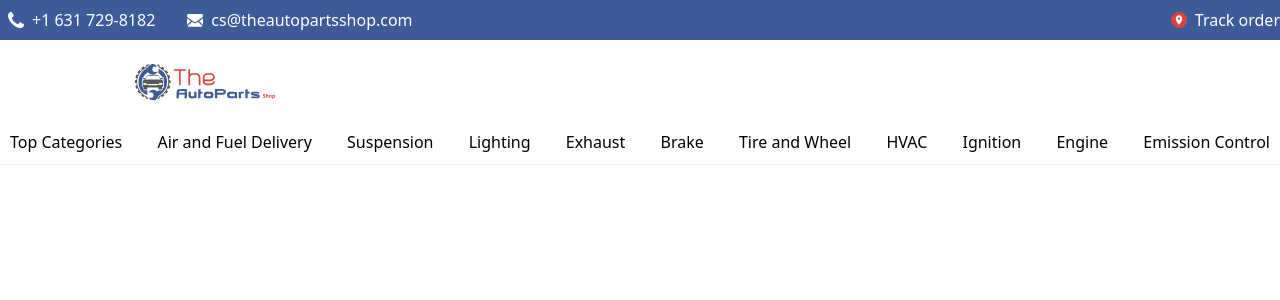
Repository: robindhimanspineor/TAPS-Next
Page: /
An editor plug-in stored every save of this project. The page is shown before and after the next save, followed by the edit.
The browser window is 1280 px wide. The pictures show the whole page.
The project was rebuilt for these pictures with package versions that can differ from the ones it lists, and the page was loaded fresh each time. The framework's server and built-in components were replaced by stand-ins that run in the browser. Also part of the build but not shown: next.config.js.

Above is the page before, as saved 2021-09-16 17:11:04.

### src/pages/index.tsx
// import { useRouter } from 'next/router';

// import { Meta } from '../layout/Meta';
// import { Main } from '../templates/Main';
import Header from '../components/common/header';

const Index = () => {
  // const router = useRouter();

  return (
    // <Main
    //   meta={
    //     <Meta
    //       title="Next.js Boilerplate Presentation"
    //       description="Next js Boilerplate is the perfect starter code for your project. Build your React application with the Next.js framework."
    //     />
    //   }
    // >
    // </Main>
    <div>
      <main className="main-container block">
        <Header />
      </main>
    </div>
  );
};

export default Index;

### src/styles/main.css
@tailwind base;
a {
  @apply text-blue-700;
}

a:hover {
  @apply border-b-2 border-blue-700;
}

@tailwind components;
@tailwind utilities;
.content p {
  @apply my-6;
}

.content ul {
  @apply my-6;
}

a {
  text-decoration: none;
  color: black;
}

.main-header {
  display: flex;
  flex-direction: row;
  flex-wrap: nowrap;
  align-content: flex-start;
  align-items: center;
  height: 80px;
  max-width: 1580px;
  flex-grow: 1;
  width: 100%;
  padding: 0 125px 0 115px;
}

.logo {
  flex-basis: 260px;
  display: flex;
  align-items: center;
  justify-content: flex-start;
  padding-left: 20px;
}

.logo a {
  display: inline-block;
}

.logo a span {
  display: block;
  margin-top: 5px;
  width: 140px;
}

### src/components/common/header/index.tsx
import TopHeader from './top-header';
import MainHeader from './main-header';
import CategoriesHeader from './categories-header';

const Header = () => {
  return (
    <header className="flex flex-col items-center justify-center w-full static border-b z-50">
      <TopHeader />
      <MainHeader />
      <CategoriesHeader />
    </header>
  );
};

export default Header;

### src/components/common/header/top-header.tsx
import PhoneHandle from '../../../svg/PhoneHandleSvg.js';
import MailBoxSvg from '../../../svg/MailBoxSvg.js';
import TrackOrderSvg from '../../../svg/TrackOrderSvg.js';

import topHeaderStyles from '../../../styles/top-header.module.css';
const TopHeader = () => {
  return (
    <div className={`${topHeaderStyles.bgBlue} head-top py-2 w-full text-base`}>
      <div className="w-screen max-w-screen-xl flex justify-between mx-auto">
        <div className="head-top-left flex text-white font-medium pl-2">
          <div className="head-top-phone flex items-center text-white w-auto">
            <div
              className="text-white h-6 w-6 flex items-center pr-2"
              style={{ fill: '#fff' }}
            >
              <PhoneHandle />
            </div>
            <p>+1 631 729-8182</p>
          </div>
          <div className="heap-top-email flex items-center text-white w-auto ml-8">
            <div
              className="text-white h-6 w-6 flex items-center pr-2"
              style={{ fill: '#fff' }}
            >
              <MailBoxSvg />
            </div>
            <p>cs@theautopartsshop.com</p>
          </div>
        </div>
        <div className="head-top-right text-white font-medium">
          <div
            className="head-top-track-order flex items-center text-white w-auto cursor-pointer"
            onClick={() => console.log('track order')}
          >
            <div
              className="text-white h-6 w-6 flex items-center pr-2 "
              style={{ fill: '#fff' }}
            >
              <TrackOrderSvg />
            </div>
            <p>Track order</p>
          </div>
        </div>
      </div>
    </div>
  );
};
export default TopHeader;

### src/components/common/header/main-header.tsx
import Logo from './logo';

const MainHeader = () => {
  return (
    <div className="main-header">
      <Logo />
      <div className="searchbar"></div>
      <div className="cart-button"></div>
    </div>
  );
};

export default MainHeader;

### src/components/common/header/categories-header.tsx
import Link from 'next/link';
const CategoriesHeader = () => {
  return (
    <div className="header-categories w-screen max-w-screen-xl flex justify-between ">
      <Link href="/">
        <a className="m-2.5 text-black">Top Categories</a>
      </Link>
      <Link href="/air-and-fuel-delivery">
        <a className="m-2.5 text-black">Air and Fuel Delivery</a>
      </Link>
      <Link href="/suspension">
        <a className="m-2.5 text-black">Suspension</a>
      </Link>
      <Link href="/electrical-lighting-and-body">
        <a className="m-2.5 text-black">Lighting</a>
      </Link>
      <Link href="/exhaust">
        <a className="m-2.5 text-black">Exhaust</a>
      </Link>
      <Link href="/brake">
        <a className="m-2.5 text-black">Brake</a>
      </Link>
      <Link href="/tire-and-wheel">
        <a className="m-2.5 text-black">Tire and Wheel</a>
      </Link>
      <Link href="/hvac">
        <a className="m-2.5 text-black">HVAC</a>
      </Link>
      <Link href="/ignition">
        <a className="m-2.5 text-black">Ignition</a>
      </Link>
      <Link href="/engine">
        <a className="m-2.5 text-black">Engine</a>
      </Link>
      <Link href="/emission-control">
        <a className="m-2.5 text-black">Emission Control</a>
      </Link>
    </div>
  );
};

export default CategoriesHeader;

### src/svg/PhoneHandleSvg.js
import React from 'react';

const PhoneHandle = () => (
  <svg
    version="1.1"
    xmlns="http://www.w3.org/2000/svg"
    xmlnsXlink="http://www.w3.org/1999/xlink"
    x="0px"
    y="0px"
    width="401.998px"
    height="401.998px"
    viewBox="0 0 401.998 401.998"
    style={{ enableBackground: 'new 0 0 401.998 401.998' }}
    xmlSpace="preserve"
    aria-label="phone handle svg"
  >
    <g>
      <path
        d="M401.129,311.475c-1.137-3.426-8.371-8.473-21.697-15.129c-3.61-2.098-8.754-4.949-15.41-8.566
		c-6.662-3.617-12.709-6.95-18.13-9.996c-5.432-3.045-10.521-5.995-15.276-8.846c-0.76-0.571-3.139-2.234-7.136-5
		c-4.001-2.758-7.375-4.805-10.14-6.14c-2.759-1.327-5.473-1.995-8.138-1.995c-3.806,0-8.56,2.714-14.268,8.135
		c-5.708,5.428-10.944,11.324-15.7,17.706c-4.757,6.379-9.802,12.275-15.126,17.7c-5.332,5.427-9.713,8.138-13.135,8.138
		c-1.718,0-3.86-0.479-6.427-1.424c-2.566-0.951-4.518-1.766-5.858-2.423c-1.328-0.671-3.607-1.999-6.845-4.004
		c-3.244-1.999-5.048-3.094-5.428-3.285c-26.075-14.469-48.438-31.029-67.093-49.676c-18.649-18.658-35.211-41.019-49.676-67.097
		c-0.19-0.381-1.287-2.19-3.284-5.424c-2-3.237-3.333-5.518-3.999-6.854c-0.666-1.331-1.475-3.283-2.425-5.852
		s-1.427-4.709-1.427-6.424c0-3.424,2.713-7.804,8.138-13.134c5.424-5.327,11.326-10.373,17.7-15.128
		c6.379-4.755,12.275-9.991,17.701-15.699c5.424-5.711,8.136-10.467,8.136-14.273c0-2.663-0.666-5.378-1.997-8.137
		c-1.332-2.765-3.378-6.139-6.139-10.138c-2.762-3.997-4.427-6.374-4.999-7.139c-2.852-4.755-5.799-9.846-8.848-15.271
		c-3.049-5.424-6.377-11.47-9.995-18.131c-3.615-6.658-6.468-11.799-8.564-15.415C98.986,9.233,93.943,1.997,90.516,0.859
		C89.183,0.288,87.183,0,84.521,0c-5.142,0-11.85,0.95-20.129,2.856c-8.282,1.903-14.799,3.899-19.558,5.996
		c-9.517,3.995-19.604,15.605-30.264,34.826C4.863,61.566,0.01,79.271,0.01,96.78c0,5.135,0.333,10.131,0.999,14.989
		c0.666,4.853,1.856,10.326,3.571,16.418c1.712,6.09,3.093,10.614,4.137,13.56c1.045,2.948,2.996,8.229,5.852,15.845
		c2.852,7.614,4.567,12.275,5.138,13.988c6.661,18.654,14.56,35.307,23.695,49.964c15.03,24.362,35.541,49.539,61.521,75.521
		c25.981,25.98,51.153,46.49,75.517,61.526c14.655,9.134,31.314,17.032,49.965,23.698c1.714,0.568,6.375,2.279,13.986,5.141
		c7.614,2.854,12.897,4.805,15.845,5.852c2.949,1.048,7.474,2.43,13.559,4.145c6.098,1.715,11.566,2.905,16.419,3.576
		c4.856,0.657,9.853,0.996,14.989,0.996c17.508,0,35.214-4.856,53.105-14.562c19.219-10.656,30.826-20.745,34.823-30.269
		c2.102-4.754,4.093-11.273,5.996-19.555c1.909-8.278,2.857-14.985,2.857-20.126C401.99,314.814,401.703,312.819,401.129,311.475z"
      />
    </g>
    <g />
    <g />
    <g />
    <g />
    <g />
    <g />
    <g />
    <g />
    <g />
    <g />
    <g />
    <g />
    <g />
    <g />
    <g />
  </svg>
);

export default PhoneHandle;

### src/svg/MailBoxSvg.js
import React from 'react';

const MailBoxSvg = () => (
  <svg
    version="1.1"
    xmlns="http://www.w3.org/2000/svg"
    xmlnsXlink="http://www.w3.org/1999/xlink"
    x="0px"
    y="0px"
    width="550.795px"
    height="550.795px"
    viewBox="0 0 550.795 550.795"
    style={{ enableBackground: 'new 0 0 550.795 550.795' }}
    xmlSpace="preserve"
    aria-label="mail box"
  >
    <g>
      <g>
        <path
          d="M501.613,491.782c12.381,0,23.109-4.088,32.229-12.16L377.793,323.567c-3.744,2.681-7.373,5.288-10.801,7.767
			c-11.678,8.604-21.156,15.318-28.434,20.129c-7.277,4.822-16.959,9.737-29.045,14.755c-12.094,5.024-23.361,7.528-33.813,7.528
			h-0.306h-0.306c-10.453,0-21.72-2.503-33.813-7.528c-12.093-5.018-21.775-9.933-29.045-14.755
			c-7.277-4.811-16.75-11.524-28.434-20.129c-3.256-2.387-6.867-5.006-10.771-7.809L16.946,479.622
			c9.119,8.072,19.854,12.16,32.234,12.16H501.613z"
        />
        <path
          d="M31.047,225.299C19.37,217.514,9.015,208.598,0,198.555V435.98l137.541-137.541
			C110.025,279.229,74.572,254.877,31.047,225.299z"
        />
        <path
          d="M520.059,225.299c-41.865,28.336-77.447,52.73-106.75,73.195l137.486,137.492V198.555
			C541.98,208.396,531.736,217.306,520.059,225.299z"
        />
        <path
          d="M501.613,59.013H49.181c-15.784,0-27.919,5.33-36.42,15.979C4.253,85.646,0.006,98.97,0.006,114.949
			c0,12.907,5.636,26.892,16.903,41.959c11.267,15.061,23.256,26.891,35.961,35.496c6.965,4.921,27.969,19.523,63.012,43.801
			c18.917,13.109,35.368,24.535,49.505,34.395c12.05,8.396,22.442,15.667,31.022,21.701c0.985,0.691,2.534,1.799,4.59,3.269
			c2.215,1.591,5.018,3.61,8.476,6.107c6.659,4.816,12.191,8.709,16.597,11.683c4.4,2.975,9.731,6.298,15.985,9.988
			c6.249,3.685,12.143,6.456,17.675,8.299c5.533,1.842,10.655,2.766,15.367,2.766h0.306h0.306c4.711,0,9.834-0.924,15.368-2.766
			c5.531-1.843,11.42-4.608,17.674-8.299c6.248-3.69,11.572-7.02,15.986-9.988c4.406-2.974,9.938-6.866,16.598-11.683
			c3.451-2.497,6.254-4.517,8.469-6.102c2.057-1.476,3.605-2.577,4.596-3.274c6.684-4.651,17.1-11.892,31.104-21.616
			c25.482-17.705,63.01-43.764,112.742-78.281c14.957-10.447,27.453-23.054,37.496-37.803c10.025-14.749,15.051-30.22,15.051-46.408
			c0-13.525-4.873-25.098-14.598-34.737C526.461,63.829,514.932,59.013,501.613,59.013z"
        />
      </g>
    </g>
    <g />
    <g />
    <g />
    <g />
    <g />
    <g />
    <g />
    <g />
    <g />
    <g />
    <g />
    <g />
    <g />
    <g />
    <g />
  </svg>
);

export default MailBoxSvg;

### src/svg/TrackOrderSvg.js
import React from 'react';

const TrackOrderSvg = () => (
    <svg xmlns="http://www.w3.org/2000/svg"
        version="1.1"
        id="Layer_1"
        x="0px"
        y="0px"
        viewBox="0 0 28 28"
        style={{ enableBackground: "new 0 0 28 28" }}>

        <circle id="Ellipse_2" fill="#D9433E" cx="14" cy="14" r="14" />
        <path id="Icon_material-location-on" fill="#FFFFFF" d="M14,5.9c-3.1,0-5.7,2.5-5.7,5.7c0,0,0,0,0,0c0,4.3,5.7,10.5,5.7,10.5  s5.7-6.3,5.7-10.5C19.7,8.4,17.1,5.9,14,5.9C14,5.9,14,5.9,14,5.9z M14,13.6c-1.1,0-2-0.9-2-2c0-1.1,0.9-2,2-2c1.1,0,2,0.9,2,2l0,0  C16,12.7,15.1,13.6,14,13.6z" />
    </svg>
);

export default TrackOrderSvg;

### src/styles/top-header.module.css
.bgBlue {
  background-color: #3d5b99;
}

### src/components/common/header/logo.tsx
import React from 'react';
import Link from 'next/link';

const Logo = () => (
  <div className="logo">
    <Link href="/">
      <a>
        <span>
          <svg x="0px" y="0px" viewBox="0 0 1004.91 260.67">
            <title>theautopartsshop.com</title>
            <path
              fill="#ff0"
              d="M231.67,154.11"
              transform="translate(-48.51 -38.87)"
            />
            <path
              fill="#ff0"
              d="M259.25,150.17"
              transform="translate(-48.51 -38.87)"
            />
            <path
              fill="#d9433e"
              d="M327.3,76.1h86.6V87.9H376.66V191.22H364.95V87.9H327.3Z"
              transform="translate(-48.51 -38.87)"
            />
            <path
              fill="#d9433e"
              d="M431.62,76h12.2v33.85q8.8-5.33,15.59-5.33h31.1q10.58,0,20.92,10.66,6.87,7.35,6.87,23.59v52.43H506.5V137.58q0-16.07-12.12-20.12l-5.33-.73H461.67q-13.81,0-17.53,12.93l-.32,2.67v58.89h-12.2Z"
              transform="translate(-48.51 -38.87)"
            />
            <path
              fill="#d9433e"
              d="M564.53,104.46h28.19q20.2,0,28.2,21.65l.73,5.74v3.39q0,14.46-16.32,24.4A35.87,35.87,0,0,1,592,162.3H547.08V163q0,11.47,13.33,15.59l7.59.81h20.92q15.83,0,20.12-11.39a34.07,34.07,0,0,0,1.54-6.14h11.07q0,20.76-22.46,28.6l-6.46.73h-24.4q-24.16,0-31.91-19.39a43.41,43.41,0,0,1-1.53-10.66V134.11q0-19.63,19-27.79A26.84,26.84,0,0,1,564.53,104.46Zm-17.85,33.85v12.2h41.12q17,0,20.52-10.34a15.89,15.89,0,0,0,1.54-7.19q0-7-6.06-12.52-4.2-4.2-15.27-4.2H568.73q-12.52,0-16.72,4.93Q546.68,125.38,546.68,138.31Z"
              transform="translate(-48.51 -38.87)"
            />
            <path
              fill="#d9433e"
              d="M983.65,273.4a6.78,6.78,0,0,1-2.56,5.6,11.11,11.11,0,0,1-7.12,2,16.71,16.71,0,0,1-7.43-1.58V274.3A30.63,30.63,0,0,0,971,276a13.3,13.3,0,0,0,3.37.49,4.79,4.79,0,0,0,2.81-.7,2.4,2.4,0,0,0,1-2.08,2.3,2.3,0,0,0-.43-1.37,4.81,4.81,0,0,0-1.27-1.16,32.89,32.89,0,0,0-3.4-1.78,16.1,16.1,0,0,1-3.61-2.17,8.15,8.15,0,0,1-1.92-2.42,6.91,6.91,0,0,1-.72-3.23,6.78,6.78,0,0,1,2.36-5.47,9.8,9.8,0,0,1,6.53-2,15.4,15.4,0,0,1,3.9.48,26.89,26.89,0,0,1,3.89,1.36l-1.79,4.33a26.36,26.36,0,0,0-3.47-1.2,11.18,11.18,0,0,0-2.7-.34,3.57,3.57,0,0,0-2.42.74,2.42,2.42,0,0,0-.84,1.92,2.38,2.38,0,0,0,.34,1.28,3.74,3.74,0,0,0,1.09,1.06,33.55,33.55,0,0,0,3.53,1.84,14,14,0,0,1,5,3.53A6.89,6.89,0,0,1,983.65,273.4Z"
              transform="translate(-48.51 -38.87)"
            />
            <path
              fill="#d9433e"
              d="M1006.43,280.69H1001V269q0-4.34-3.23-4.34a3.67,3.67,0,0,0-3.32,1.56,9.53,9.53,0,0,0-1,5.06v9.44H987.9V252.75h5.48v5.69q0,.67-.13,3.12l-.12,1.62h.29a6.34,6.34,0,0,1,5.82-2.94,7.11,7.11,0,0,1,5.37,1.9,7.56,7.56,0,0,1,1.83,5.46Z"
              transform="translate(-48.51 -38.87)"
            />
            <path
              fill="#d9433e"
              d="M1030.23,270.62q0,4.9-2.58,7.67a9.37,9.37,0,0,1-7.2,2.76,10.07,10.07,0,0,1-5.1-1.27,8.41,8.41,0,0,1-3.39-3.64,12.21,12.21,0,0,1-1.19-5.53q0-4.92,2.57-7.65a9.43,9.43,0,0,1,7.22-2.73,10.13,10.13,0,0,1,5.1,1.26,8.39,8.39,0,0,1,3.39,3.61A12.1,12.1,0,0,1,1030.23,270.62Zm-13.88,0a8.42,8.42,0,0,0,1,4.51,3.5,3.5,0,0,0,3.19,1.53,3.44,3.44,0,0,0,3.15-1.52,8.54,8.54,0,0,0,1-4.51,8.29,8.29,0,0,0-1-4.47,4.12,4.12,0,0,0-6.34,0A8.28,8.28,0,0,0,1016.35,270.62Z"
              transform="translate(-48.51 -38.87)"
            />
            <path
              fill="#d9433e"
              d="M1045.7,281a6.65,6.65,0,0,1-5.55-2.57h-.29q.29,2.51.29,2.91v8.13h-5.48v-28.9h4.45l.77,2.6h.25a6.33,6.33,0,0,1,5.69-3,6.51,6.51,0,0,1,5.57,2.75q2,2.75,2,7.63a15.07,15.07,0,0,1-.94,5.58,7.83,7.83,0,0,1-2.68,3.61A6.88,6.88,0,0,1,1045.7,281Zm-1.62-16.43a3.46,3.46,0,0,0-3,1.25,7.16,7.16,0,0,0-1,4.12v.59a8.45,8.45,0,0,0,1,4.63,3.43,3.43,0,0,0,3,1.4q3.68,0,3.68-6.07a8.67,8.67,0,0,0-.91-4.44A3.09,3.09,0,0,0,1044.09,264.62Z"
              transform="translate(-48.51 -38.87)"
            />
            <path
              fill="#3d5b99"
              d="M363.38,284.2h-16.7V251.25a79.65,79.65,0,0,1,1.21-14.73A20.87,20.87,0,0,1,353,226q3.88-4.2,11.12-6.34t19.2-2.14a168.44,168.44,0,0,1,20.76,1.21q9.69,1.21,17.19,1.92V284.2H404.64V258.48H363.47Zm41.25-51.52q-4.82-.36-10.22-.58t-11.3-.22a39.21,39.21,0,0,0-9.46.94,14.28,14.28,0,0,0-5.8,2.77,10.42,10.42,0,0,0-3.08,4.38,21.9,21.9,0,0,0-1.21,5.76h41.07Z"
              transform="translate(-48.51 -38.87)"
            />
            <path
              fill="#3d5b99"
              d="M459.73,285.27a67,67,0,0,1-11.92-.94,19.65,19.65,0,0,1-8.57-3.57,16,16,0,0,1-5.18-7.28,34.9,34.9,0,0,1-1.74-12.05V238.57H449v22.86a14,14,0,0,0,.63,4.55,6.31,6.31,0,0,0,1.92,2.86,7.71,7.71,0,0,0,3.3,1.52,22.7,22.7,0,0,0,4.87.45q1.69,0,3.13,0t3-.18l3.39-.27q1.83-.13,4.42-.4V238.57h16.61v43.57q-3.39.45-6.79,1t-7.1,1q-3.71.45-7.77.76T459.73,285.27Z"
              transform="translate(-48.51 -38.87)"
            />
            <path
              fill="#3d5b99"
              d="M533.48,250.36H518.93V284.2h-16.7V222.59l16.7-4.29v19.29h14.55Z"
              transform="translate(-48.51 -38.87)"
            />
            <path
              fill="#3d5b99"
              d="M576.87,237.59a117.41,117.41,0,0,1,16.21.94,26.66,26.66,0,0,1,10.67,3.57,14.69,14.69,0,0,1,5.89,7.28,41.59,41.59,0,0,1,0,24.11,14.68,14.68,0,0,1-5.89,7.28,26.63,26.63,0,0,1-10.67,3.57,140.93,140.93,0,0,1-32.46,0A26.3,26.3,0,0,1,550,280.76a14.73,14.73,0,0,1-5.85-7.28,41.58,41.58,0,0,1,0-24.11A14.75,14.75,0,0,1,550,242.1a26.33,26.33,0,0,1,10.67-3.57A118.41,118.41,0,0,1,576.87,237.59Zm0,33.21q5.09,0,8.39-.31a14.21,14.21,0,0,0,5.18-1.29,5.5,5.5,0,0,0,2.63-2.81,13.24,13.24,0,0,0,.76-5,13.61,13.61,0,0,0-.76-5,5.48,5.48,0,0,0-2.63-2.86,14.27,14.27,0,0,0-5.18-1.29q-3.3-.31-8.39-.31t-8.39.31a14.7,14.7,0,0,0-5.22,1.29,5.24,5.24,0,0,0-2.63,2.86,14.34,14.34,0,0,0-.71,5,14,14,0,0,0,.71,5,5.26,5.26,0,0,0,2.63,2.81,14.64,14.64,0,0,0,5.22,1.29Q571.78,270.81,576.87,270.81Z"
              transform="translate(-48.51 -38.87)"
            />
            <path
              fill="#3d5b99"
              d="M672.05,218.21a57.24,57.24,0,0,1,13.71,1.38,23.44,23.44,0,0,1,8.79,4,14.2,14.2,0,0,1,4.69,6.34,24.65,24.65,0,0,1,1.38,8.57,28.61,28.61,0,0,1-1.29,9.11,13,13,0,0,1-4.51,6.29,22,22,0,0,1-8.75,3.66,67.6,67.6,0,0,1-14,1.21H638.66V284.2H622.05v-66h50Zm0,27.77a43.81,43.81,0,0,0,5.67-.31,11.57,11.57,0,0,0,3.88-1.12,5,5,0,0,0,2.23-2.28,8.72,8.72,0,0,0,.71-3.79,8.11,8.11,0,0,0-.8-3.88,5.48,5.48,0,0,0-2.37-2.28,11.43,11.43,0,0,0-3.93-1.07,48.49,48.49,0,0,0-5.4-.27H638.66v15Z"
              transform="translate(-48.51 -38.87)"
            />
            <path
              fill="#3d5b99"
              d="M744.11,237.59a113.36,113.36,0,0,1,12.5.71q6.43.72,11.88,1.52,6.25,1,12.41,2.14V284.2H768.84L766.79,282a54.66,54.66,0,0,1-9.6,2.32,80.48,80.48,0,0,1-13.08,1,118.41,118.41,0,0,1-16.25-.94,26.68,26.68,0,0,1-10.71-3.57,14.66,14.66,0,0,1-5.89-7.28,41.57,41.57,0,0,1,0-24.11,14.67,14.67,0,0,1,5.89-7.28,26.71,26.71,0,0,1,10.71-3.57A118.41,118.41,0,0,1,744.11,237.59Zm0,33.21q1.69,0,4.15-.09t5.18-.22l5.54-.27q2.81-.13,5.31-.31V252.86q-2.5-.09-5.31-.27t-5.54-.31q-2.72-.13-5.18-.22t-4.15-.09q-5.09,0-8.39.31a14.7,14.7,0,0,0-5.22,1.29,5.24,5.24,0,0,0-2.63,2.86,14.33,14.33,0,0,0-.71,5,13.94,13.94,0,0,0,.71,5,5.26,5.26,0,0,0,2.63,2.81,14.64,14.64,0,0,0,5.22,1.29Q739,270.81,744.11,270.81Z"
              transform="translate(-48.51 -38.87)"
            />
            <path
              fill="#3d5b99"
              d="M801.17,239.33q4.46-.58,9.2-1t9.64-.58q4.91-.18,9.64-.18v12q-5.09.27-8.79.71t-6.29.89q-2.95.54-5.09,1.07v32H792.86V240.72Q796.7,239.91,801.17,239.33Z"
              transform="translate(-48.51 -38.87)"
            />
            <path
              fill="#3d5b99"
              d="M871.52,250.36H857V284.2h-16.7V222.59L857,218.3v19.29h14.55Z"
              transform="translate(-48.51 -38.87)"
            />
            <path
              fill="#3d5b99"
              d="M943.67,270.9a12.91,12.91,0,0,1-1.74,6.92,11.93,11.93,0,0,1-5.8,4.51,38.31,38.31,0,0,1-10.71,2.37,144.32,144.32,0,0,1-16.56.49q-3.75-.09-7.68-.4t-7.41-.76q-3.48-.45-6.29-.89l-4.42-.71V271.88q5.44.27,10.45.45,4.28.18,8.66.31t7,.13q5.44.18,8.79.13a40.62,40.62,0,0,0,5.13-.31,5.15,5.15,0,0,0,2.37-.76,1.9,1.9,0,0,0,.67-1.29,1.21,1.21,0,0,0-.36-1.12,3.88,3.88,0,0,0-1.7-.67,28.45,28.45,0,0,0-3.44-.45l-5.58-.45q-10.72-.8-17.41-2a40.1,40.1,0,0,1-10.45-3,10.28,10.28,0,0,1-5-4.51,14.65,14.65,0,0,1-1.29-6.43,12.16,12.16,0,0,1,1.74-6.61,12.55,12.55,0,0,1,5.8-4.55,37.81,37.81,0,0,1,10.71-2.54,129.93,129.93,0,0,1,16.56-.58q4.37.09,8.75.54t7.86,1q4.11.63,7.77,1.34v10.89q-2.32-.27-5.67-.49t-6.83-.4q-3.48-.18-6.7-.31l-5.45-.22q-5.54-.09-8.84,0a46.56,46.56,0,0,0-5.13.36,5.23,5.23,0,0,0-2.41.76,1.52,1.52,0,0,0-.58,1.21,1.45,1.45,0,0,0,.36,1.07,3.35,3.35,0,0,0,1.52.63,24.73,24.73,0,0,0,3.35.45l5.85.45q10.8.8,17.5,2a40.41,40.41,0,0,1,10.4,3,10.31,10.31,0,0,1,5,4.51A14.66,14.66,0,0,1,943.67,270.9Z"
              transform="translate(-48.51 -38.87)"
            />
            <path
              fill="#58585a"
              d="M246.48,147.78a4.09,4.09,0,0,0,4.09-4.09v-2.74a2.07,2.07,0,0,0-2.3-2.06l-18,2-2.48-3.84-10-15.38a7.11,7.11,0,0,0-6-3.25H140.45a6.18,6.18,0,0,0-5.33,3L126,137l-2.35,4-16.24-1.91a3.32,3.32,0,0,0-3.71,3.3v1.77a3.65,3.65,0,0,0,3.65,3.65h12.29l-2.76,4.69-6,3.33-6,3.33a3.32,3.32,0,0,0-1.7,2.9v37.46a2.66,2.66,0,0,0,2.14,2.61l1.74,1,1.74,1a3,3,0,0,1,2.4,2.91l0,5.4,0,8a2.1,2.1,0,0,0,2.36,2.07l1.59-.19,1.59-.19h17.6a1.83,1.83,0,0,0,1.83-1.83V206.72h80.39v13.5a1.92,1.92,0,0,0,1.92,1.92h22a1.91,1.91,0,0,0,1.91-1.91V207.06a3.22,3.22,0,0,1,1.37-2.64l2-1,2-1a3.32,3.32,0,0,0,1.83-1,2.86,2.86,0,0,0,.77-1.9V161.24a3.28,3.28,0,0,0-1.74-2.9l-5.53-2.94-5.53-2.94-4.12-6.37,1.39,1.68ZM137.42,123h77.66l18.27,27.41H121.43Zm104.14,52.61a3.58,3.58,0,0,1,3.58,3.58v5.37a3.24,3.24,0,0,1-3.24,3.24h-30a3.59,3.59,0,0,0-3,1.69l-.3.48-.3.48a3.41,3.41,0,0,1-2.89,1.6H150.66a3.15,3.15,0,0,1-2.67-1.48l-.32-.51-.32-.51a3.75,3.75,0,0,0-3.18-1.76H111.57a3.37,3.37,0,0,1-3.37-3.37v-5.52a3.3,3.3,0,0,1,3.3-3.3h15a3.45,3.45,0,0,1,3.41,2.89l.22,1,.22,1a2.37,2.37,0,0,0,2.32,1.86h85.46a2.53,2.53,0,0,0,2.52-2.52v-.31a3.94,3.94,0,0,1,3.94-3.94h17Z"
              transform="translate(-48.51 -38.87)"
            />
            <path
              fill="#58585a"
              d="M147.65,44.92V39.66l-18.16,5.68a2.82,2.82,0,0,0-1.8,3.68l2.89,7.71-14.44,7.88-5.7-8a1.51,1.51,0,0,0-2.09-.36L93.76,67.68a1.51,1.51,0,0,0-.37,2.12l5.67,6.63L87.25,88.25l-6.61-5.78a1.51,1.51,0,0,0-2.07.46L67,97.63a1.51,1.51,0,0,0,.3,2l6.85,5.71-6.57,13.13-9-2.26a1.51,1.51,0,0,0-1.83,1.1l-4.53,18.13a1.51,1.51,0,0,0,1.05,1.82L61,139.46l-2,15.1H50a1.51,1.51,0,0,0-1.51,1.51v18A1.51,1.51,0,0,0,50,175.57h9l1.31,17.07L52.42,196a1.51,1.51,0,0,0-.84,1.87l5.67,17a1.51,1.51,0,0,0,1.85,1l7.8-2.23,7.88,14.44-7.93,5.67a1.51,1.51,0,0,0-.33,2.13l10,13.38a1.51,1.51,0,0,0,2,.35l8-4.46L98.41,257l-5.55,6.66a1.51,1.51,0,0,0,.25,2.17L106.65,276a1.51,1.51,0,0,0,1.87,0l7-5.8,13.13,6.57-3.29,7.68a1.51,1.51,0,0,0,.91,2l18.14,6-11.82-21s-52.52-15.76-67-85.35c0,0-17.07-84,69.59-124.74C135.18,61.33,139.12,50.83,147.65,44.92Z"
              transform="translate(-48.51 -38.87)"
            />
            <path
              fill="#3d5b99"
              d="M182.26,96.67,171.12,78.25l8.44-20,28.33-2.17A38.73,38.73,0,0,0,140,62.58l0,1.65c-17.78,9.3-53.1,34.1-63,75.89,0,0-10.77,44,7.45,79.68,0,0,12,27.32,52.1,42l.88-29.77-1.25-2.58a6.82,6.82,0,0,0-4.09-1.36H116.16a7.85,7.85,0,0,1-5.55-2.3,2.62,2.62,0,0,1-.77-1.85V212.75a5.15,5.15,0,0,0-1.51-3.65l-9.23-7.91a5.2,5.2,0,0,1-1.52-3.68v-33a12.31,12.31,0,0,1,1.3-5.51l1.1-2.21a6.26,6.26,0,0,0,.66-2.8l.31-13.75s1.81-5,4-5h2.11c1.87,0,4.62-8.24,5.66-9.8,3.1-4.63,18.15-19,30.25-28.8l.32,2.38a38.73,38.73,0,0,0,67.23-4.46Z"
              transform="translate(-48.51 -38.87)"
            />
            <path
              fill="#3d5b99"
              d="M277.2,145.8c-11.37-54.92-57.36-72.24-57.36-72.24L215,101.14c12.35,7.41,24.69,24.76,29,31.23a5.6,5.6,0,0,0,4.66,2.49h2.11c2.23,0,4,.5,4,2.73l-1.31,22.06a6.26,6.26,0,0,0,.66,2.8l1.1,2.21a12.31,12.31,0,0,1,1.3,5.51v33a5.2,5.2,0,0,1-1.52,3.68l-7.91,6.6a5.16,5.16,0,0,0-1.51,3.65v6a2.62,2.62,0,0,1-.77,1.85c-1.47,1.47-3.47,3.61-5.55,3.61H223.43a6.82,6.82,0,0,0-4.09,1.36L208,236.67a37.94,37.94,0,0,0-61.74,6l27.82-.07,9.65,18.9-9.56,18.9-27.82.07a38,38,0,0,0,66.1-.4l.5-7.91,2.73-3.69c37.06-22.67,47.55-45.64,47.55-45.64C284.21,197.23,277.2,145.8,277.2,145.8Z"
              transform="translate(-48.51 -38.87)"
            />
            <path
              fill="#58585a"
              d="M207.4,46.23V41l15.54,5.68a2.82,2.82,0,0,1,1.8,3.68L224.47,58l11.82,7.88,5.7-8a1.51,1.51,0,0,1,2.09-.36L258.66,69a1.51,1.51,0,0,1,.37,2.12l-5.67,6.63,11.82,11.82,6.61-5.78a1.51,1.51,0,0,1,2.07.46l11.6,14.69a1.51,1.51,0,0,1-.3,2l-8.17,4.4,7.88,14.44,9-2.26a1.51,1.51,0,0,1,1.83,1.1l4.53,18.13a1.51,1.51,0,0,1-1.05,1.82l-6.47,2.22.66,15.1h9a1.51,1.51,0,0,1,1.51,1.51v18a1.51,1.51,0,0,1-1.51,1.51h-9L290.78,194,300,196a1.51,1.51,0,0,1,.84,1.87l-5.67,18.32a1.51,1.51,0,0,1-1.85,1L284.21,215l-7.88,13.13,7.93,5.67a1.51,1.51,0,0,1,.33,2.13l-11.35,14.69a1.51,1.51,0,0,1-2,.35l-6.69-4.46L252.7,258.29l5.55,5.34a1.51,1.51,0,0,1-.25,2.17l-13.53,11.46a1.51,1.51,0,0,1-1.87,0l-5.65-8.43-13.13,7.88.67,9a1.51,1.51,0,0,1-.91,2l-15.51,4.73,13.13-22.32S269.11,257,285.52,188.7c0,0,21-84-65.65-124.74C219.87,64,215.93,52.14,207.4,46.23Z"
              transform="translate(-48.51 -38.87)"
            />
          </svg>
        </span>
      </a>
    </Link>
  </div>
);

export default Logo;

### src/components/common/header/searchbar.tsx
import { useState } from 'react';

const SearchBar = () => {
  const [value, setvalue] = useState('');

  const onChange = (event: any) => {
    setvalue(event.target.value);
  };

  const handleSearch = (event: any) => {
    event.preventDefault();
    // if (state.value.trim().length === 0) {
    //   document.getElementById('searchinput').classList.add('error');
    // } else {
    //   const path = `/search/${encodeURIComponent(state.value.trim())}`;
    //   // GA Tracling
    //   dataLayer.push({
    //     'search-input': this.state.value,
    //   });

    //   this.props.router.push(path);
    // }
  };

  // render() {
  //   const { value } = this.state;

  return (
    <div className="searchbar">
      <form id="textSearchForm" onSubmit={handleSearch}>
        <div className="form-group-wrapper">
          <input
            type="text"
            id="searchinput"
            placeholder="Search by Year, Make, Model, Product Type, Part Number or Brand..."
            value={value}
            onChange={onChange}
            className="react-autosuggest__input"
            aria-label="Search part you need"
            autoComplete="off"
          />

          <div className="search-icon">
            <button type="submit" id="searchButton" aria-label="Search">
              <span>
                <svg
                  x="0px"
                  y="0px"
                  viewBox="0 0 52.966 52.966"
                  // style={{ background: 'new 0 0 52.966 52.966' }}
                  xmlSpace="preserve"
                  aria-label="search icon"
                >
                  {' '}
                  <path
                    d="M51.704,51.273L36.845,35.82c3.79-3.801,6.138-9.041,6.138-14.82c0-11.58-9.42-21-21-21s-21,9.42-21,21s9.42,21,21,21
                                    c5.083,0,9.748-1.817,13.384-4.832l14.895,15.491c0.196,0.205,0.458,0.307,0.721,0.307c0.25,0,0.499-0.093,0.693-0.279
                                    C52.074,52.304,52.086,51.671,51.704,51.273z M21.983,40c-10.477,0-19-8.523-19-19s8.523-19,19-19s19,8.523,19,19
                                    S32.459,40,21.983,40z"
                    fill="#FFFFFF"
                  />
                </svg>
              </span>
            </button>
          </div>
        </div>
      </form>
    </div>
  );
};

export default SearchBar;

Loaded but not shown: src/pages/_app.tsx (common file); src/pages/_document.tsx (common file); src/utils/AppConfig.ts (common file); tailwind.config.js (common file)

After the next save:
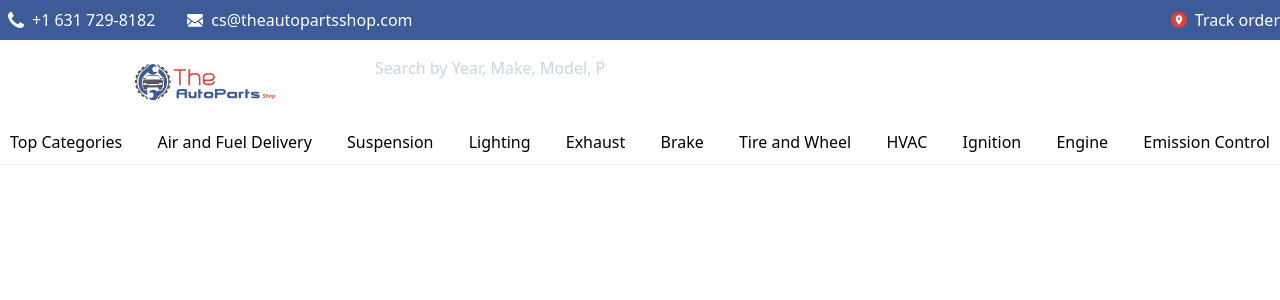
Saved 18 s later.
--- a/src/components/common/header/main-header.tsx
+++ b/src/components/common/header/main-header.tsx
@@ -1,10 +1,11 @@
 import Logo from './logo';
+import SearchBar from './searchbar';
 
 const MainHeader = () => {
   return (
     <div className="main-header">
       <Logo />
-      <div className="searchbar"></div>
+      <SearchBar />
       <div className="cart-button"></div>
     </div>
   );
